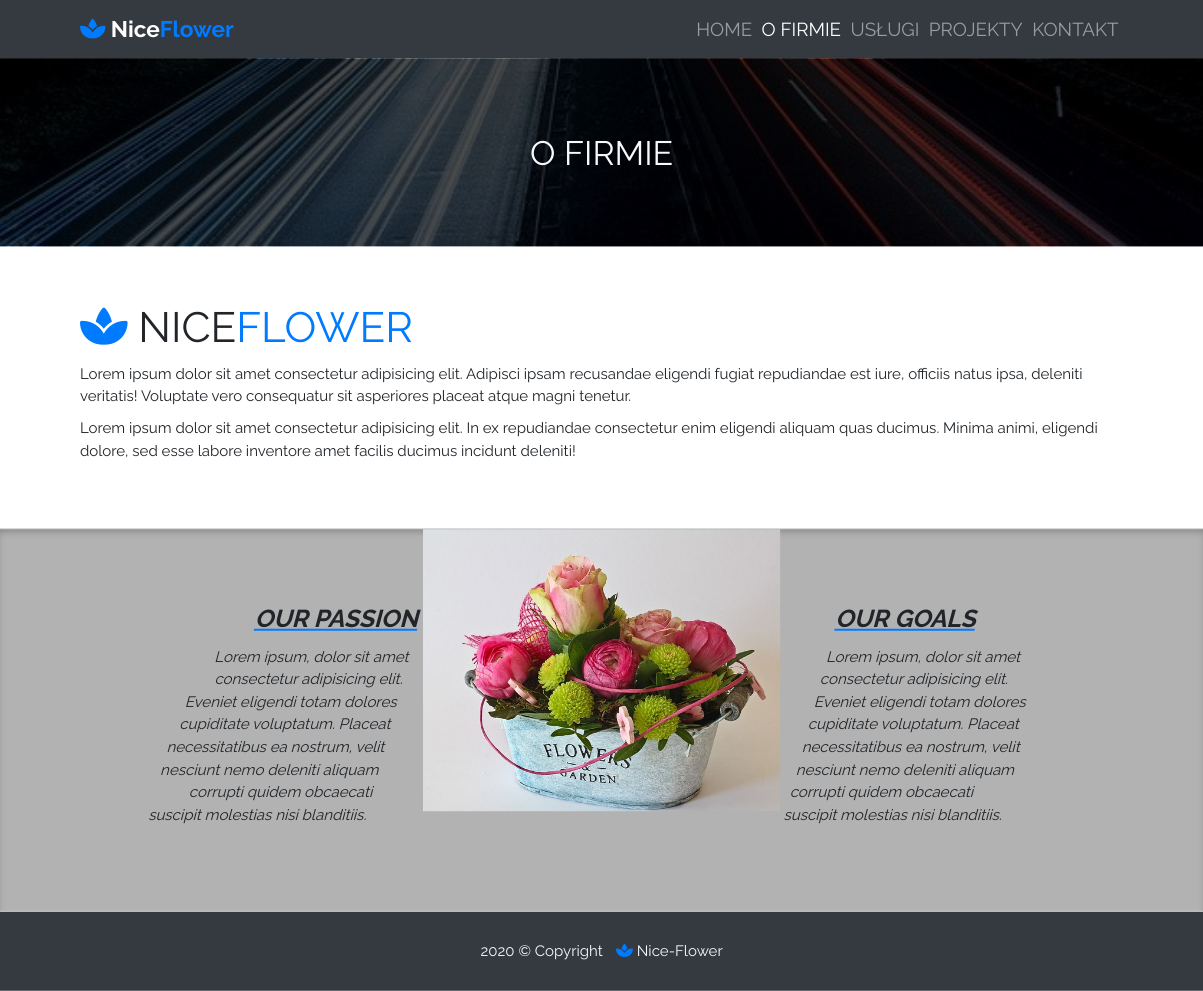
Repository: KrzysKolo/Projekt-13_Kwiaciarnia
Page: abouteus.html
The author's editor kept a copy of each file at every save. The page is drawn from the files as they stood at one save, then again after the next save.
The browser window is 1280 px wide. The pictures show the whole page, at 94% of full size.
Some web libraries are served in a nearby version.

Above is the page before, as saved 2020-08-10 10:10:52.

After the next save:
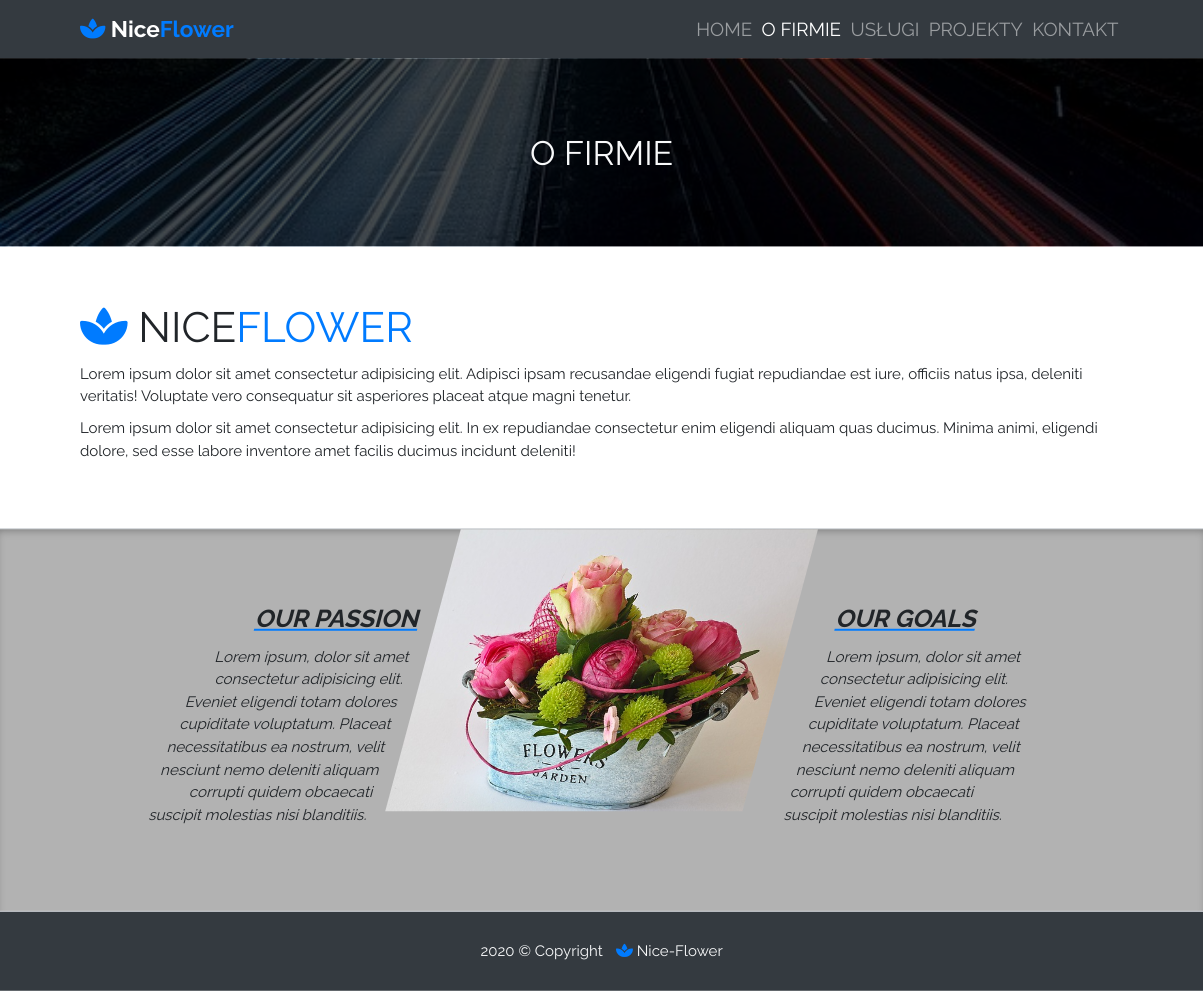
Saved 60 s later.
--- a/style.css
+++ b/style.css
@@ -160,6 +160,9 @@ footer {
     padding-left: 2em;
     text-align: left;
   }
+  .aboutus-img {
+    transform: skew(-15deg);
+  }
 }
 @media (min-width: 1400px) {
   .carousel-item {
